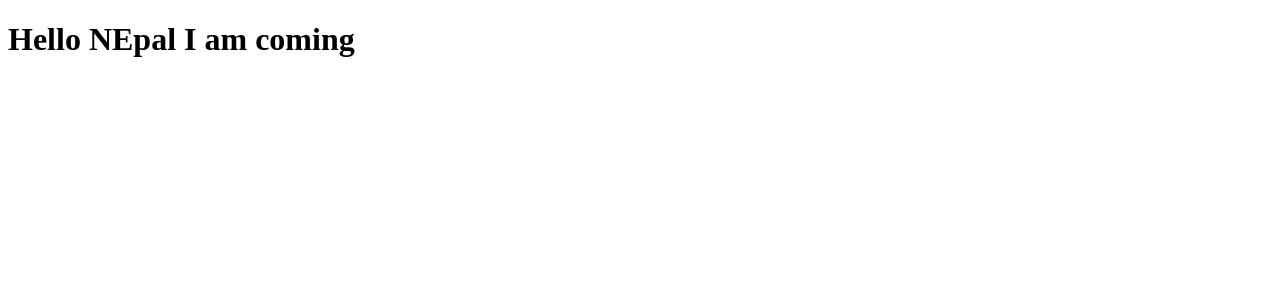
Repository: sajin-shrestha/React-Workshop
Page: /
The author's editor kept a copy of each file at every save. The page is drawn from the files as they stood at one save, then again after the next save.
The browser window is 1280 px wide. The pictures show the whole page.
The page's requests for data from a server got no answer. The project was rebuilt for these pictures with package versions that can differ from the ones it lists, and the page was loaded fresh each time. No one was signed in, and anything a server would have sent is missing. Also part of the build but not shown: vite.config.js.

Above is the page before, as saved 2025-07-05 19:05:25.

After the next save:
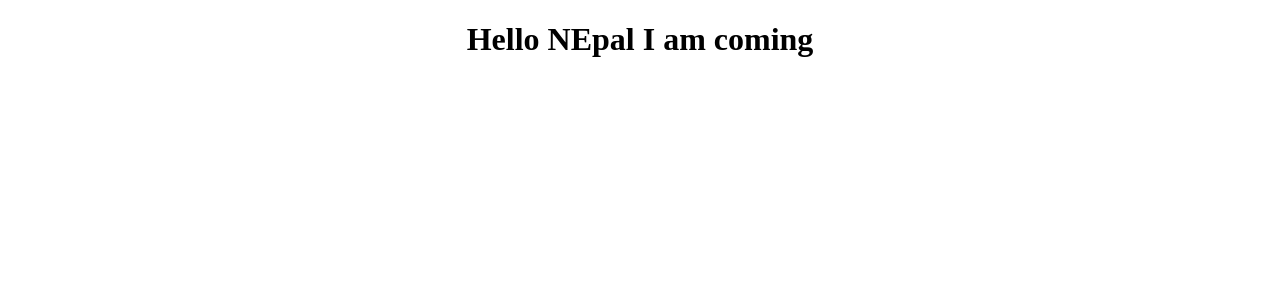
Saved 13 s later.
--- a/src/App.jsx
+++ b/src/App.jsx
@@ -12,7 +12,7 @@ const App = () => {
   },[])
   return (
     <div>
-      <h1 style={{alignItems:'center'}}>Hello NEpal I am coming</h1>
+      <h1 style={{alignItems:'center', textAlign: 'center'}}>Hello NEpal I am coming</h1>
       {/* <p>{user.name}</p> */}
       <div >
       <ul id='container'>
